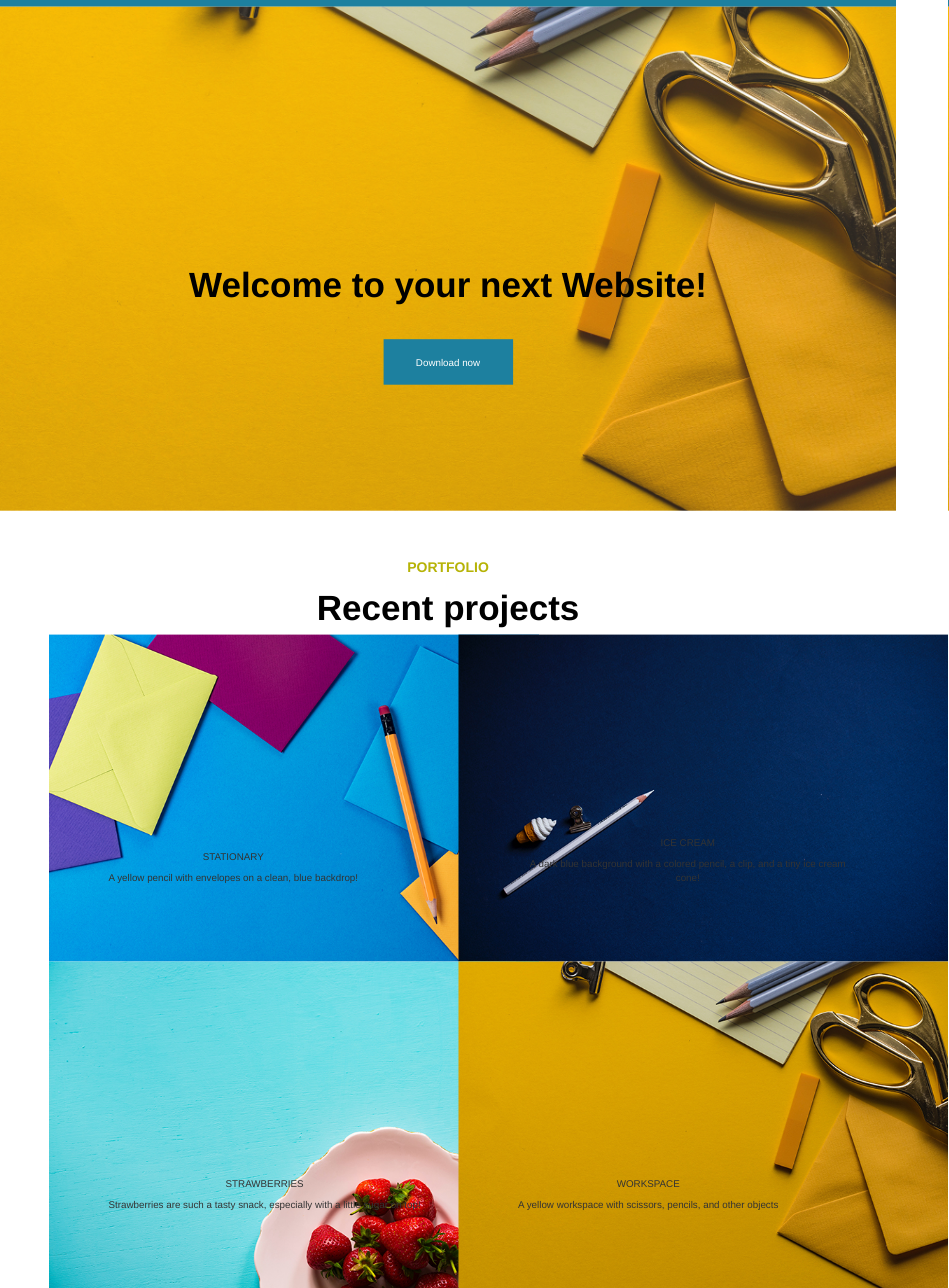
Repository: codin-full-stack/tomasz
Page: http://localhost/tomasz/portfolio/index.php
These files come from the project's save history. The page is drawn as it stood at one moment and after a run of saves; the edit follows.
The browser window is 1280 px wide. The page is 1355 px wide, so the pictures cover 1355 px, including what lies to the right of the window. The pictures show the part of the page from y = 1702 to 3542 px (the page is 3542 px tall), at 70% of full size.
Some web libraries are served in a nearby version. The page is run by PHP 8.4 with error messages shown; the project is at /var/www/html/.

Above is the page before, as saved 2018-10-23 09:15:49.

After the next 2 saves:
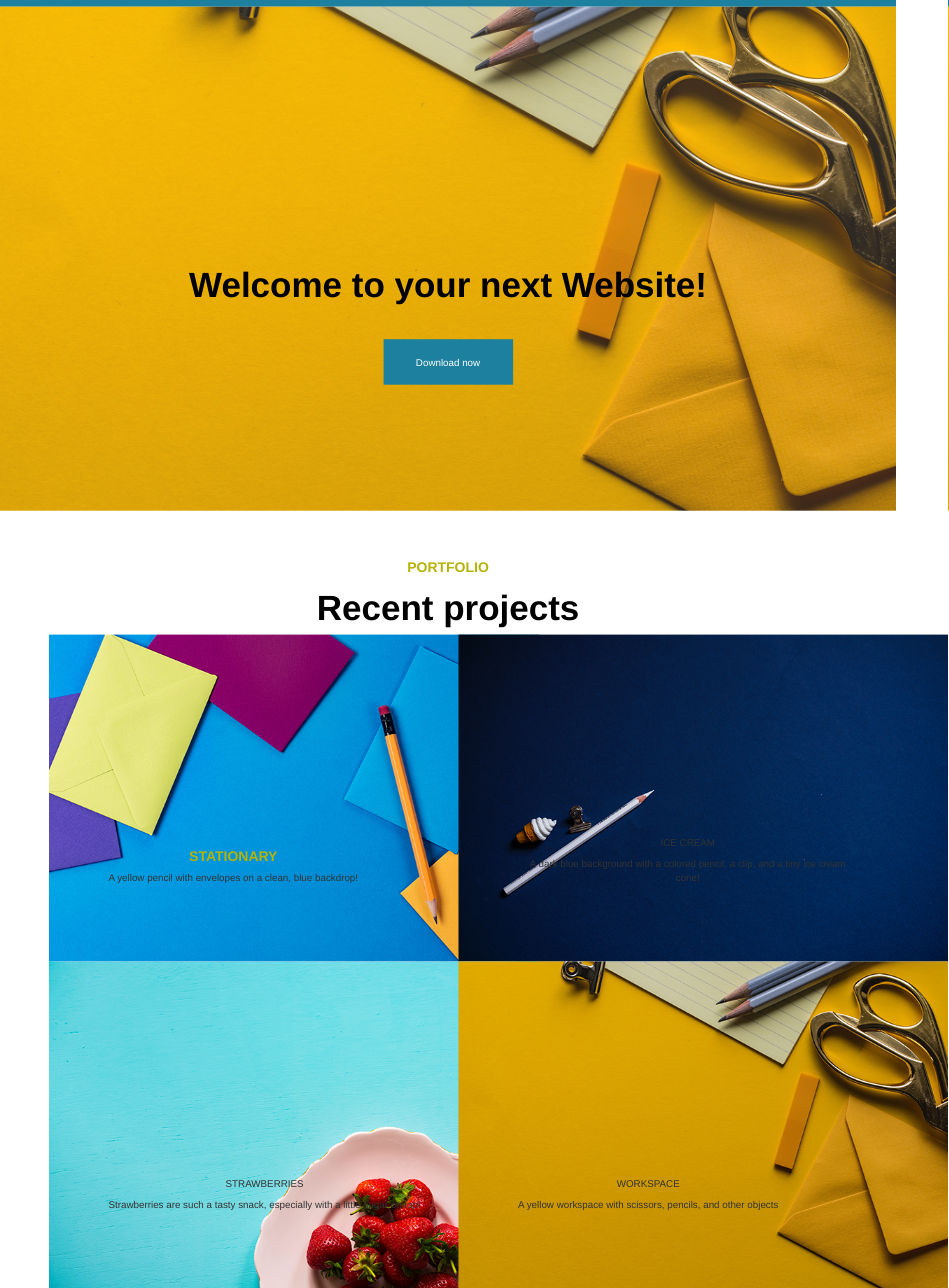
The 2 saves are shown as one change because they came seconds apart.
The last was saved 55 s later.
--- a/portfolio/index.php
+++ b/portfolio/index.php
@@ -84,7 +84,7 @@
               <div class="col-md-6">
                 <img src="images/portfolio-1.jpg" alt="">
                   <div class="photobox">
-                  <p class="maintext6">STATIONARY</p>
+                  <h2 class="maintext6">STATIONARY</h2>
                   <p class="secondtext6">A yellow pencil with envelopes on a clean, blue backdrop!</p>
                   </div>
               </div>
